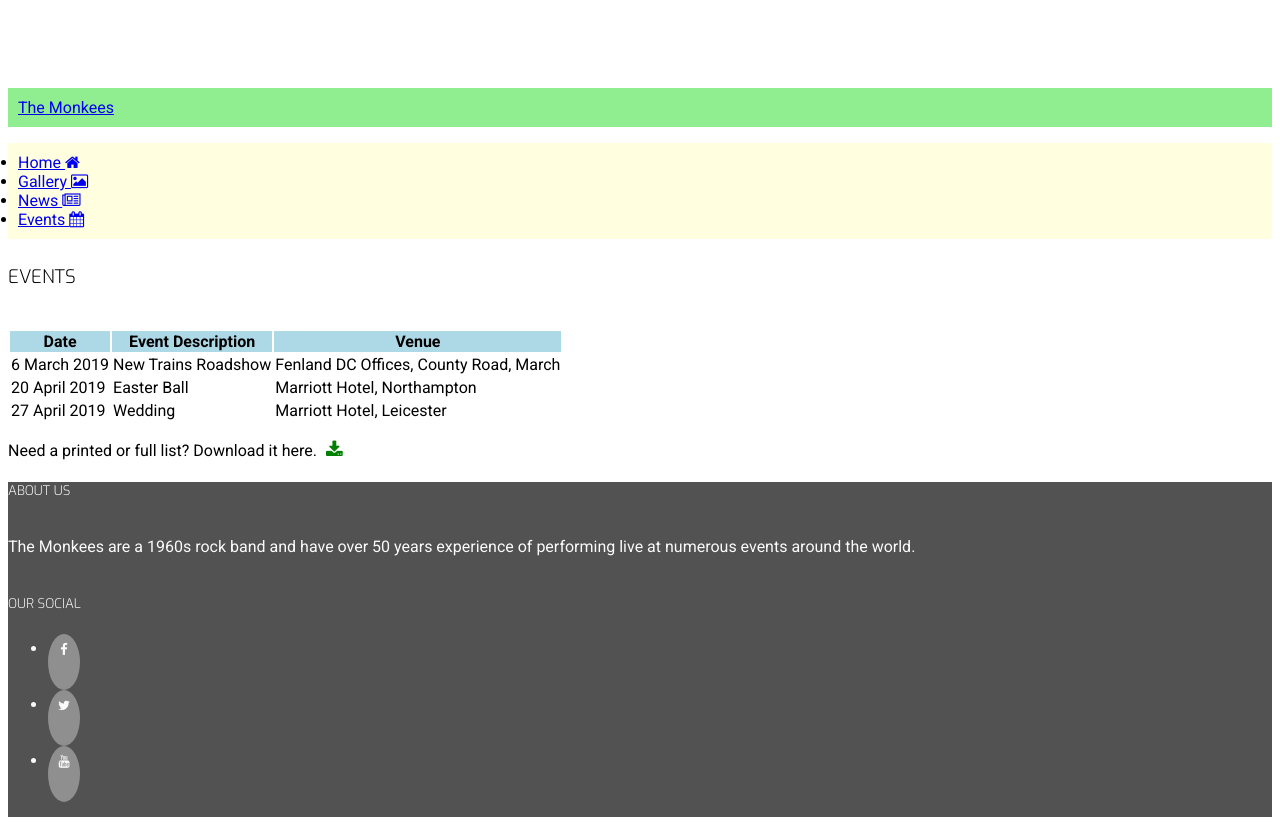
Repository: Code-Institute-Submissions/ucd-band
Page: events.html
The author's editor kept a record of every edit. The page is drawn from the files as they stood at one moment, then again after the next edit.
The browser window is 1280 px wide. The pictures show the whole page.

Above is the page before.

### events.html
<!DOCTYPE html>
<html>
    <head>
    <meta name="viewport" content="width=device-width, initial-scale=1">
    <!-- Display Title in the Browser Window -->
    <title>The Monkees - Events Page</title>
    <!-- Load Style Sheets -->
    <link rel="stylesheet" href="https://maxcdn.bootstrapcdn.com/bootstrap/3.3.7/css/bootstrap.min.css" type="text.css" />
    <link rel="stylesheet" href="https://maxcdn.bootstrapcdn.com/font-awesome/4.7.0/css/font-awesome.min.css" type="text/css" />
    <link rel="stylesheet" href="assets/css/style.css" type="text/css" />

</head>
<body>
  <!-- Set Up Navigation -->
  <nav class="navbar navbar-default">
        <div class="container-fluid">
            <!-- Logo -->
            <div class="navbar-header">
                <a href="index.html" class="navbar-brand" title="The Monkees">The Monkees</a>
            </div>

            <!-- navbar with icons -->
            <ul class="nav navbar-nav list-inline">
                <li><a href="index.html">Home <i class="fa fa-home" aria-hidden="true"></i></a></li>
                <li><a href="gallery.html">Gallery <i class="fa fa-picture-o" aria-hidden="true"></i></a></li>
                <li><a href="news.html">News <i class="fa fa-newspaper-o" aria-hidden="true"></i></a></li>
                <li class="active"><a href="events.html">Events <i class="fa fa-calendar" aria-hidden="true"></i></a></li>
            </ul>
        </div>
 </nav>

    <section>
            <h3 class="section-heading uppercase">Events</h3>


                    <!-- Use of Bootstrap for Responsive Table -->

                    <div class="table-responsive">
                        <table class="table">

                            <tr>
                                <th>Date</th>
                                <th>Event Description</th>
                                <th>Venue</th>
                            </tr>


                            <tr>
                                <td>6 March 2019</td>
                                <td>New Trains Roadshow</td>
                                <td>Fenland DC Offices, County Road, March</td>
                            </tr>
                            <tr>
                                <td>20 April 2019</td>
                                <td>Easter Ball</td>
                                <td>Marriott Hotel, Northampton</td>
                            </tr>
                            <tr>
                                <td>27 April 2019</td>
                                <td>Wedding</td>
                                <td>Marriott Hotel, Leicester</td>
                            </tr>

                    </table>
                    </div>

        </section>

        <section class="mgn-col">

        <p>Need a printed or full list?  Download it here.

        <a href="assets/events/event-schedule.pdf" target="_blank" title="Event Schedule" class="events-pdf">

        <i class="fa fa-download" aria-hidden="true"></i></a></p>

        </section>
        </section>

    <!-- Provide footer details -->
    <footer class="container-fluid">
        <div class="row">
            <!-- Provide Information about The Monkees -->
            <div class="col-xs-12 col-sm-4 mt-2">
                <h5 class="uppercase general-sub">About Us</h5>
                <p class="inline-block">
                    The Monkees are a 1960s rock band and have over 50 years experience
                    of performing live at numerous events around the world.
                </p>
            </div>

            <!-- Provide Social Links (e.g. YouTube) -->
            <div class="col-xs-12 col-sm-8 mt-2">
                <h5 class="uppercase general-sub">Our Social</h5>
                <ul class="list-inline social-links">
                    <li class="list-inline-item"><a target="_blank" href="https://www.facebook.com/TheMonkees" title="Facebook"><i class="fa fa-facebook"></i></a></li>
                    <li class="list-inline-item"><a target="_blank" href="https://twitter.com/monkeesofficial" title="Twitter"><i class="fa fa-twitter"></i></a></li>
                    <li class="list-inline-item"><a target="_blank" href="https://www.youtube.com/user/themonkees" title="YouTube"><i class="fa fa-youtube"></i></a></li>
                </ul>

            </div>
        </div>
    </footer>
</body>
</html>

### assets/css/style.css
/* Import Font */


@import url('https://fonts.googleapis.com/css?family=Roboto:100,200,300,400,500,600,700|Exo:100,200,300,400,500,600,700');

/* Body */

body {

    font-family: "Roboto", Arial, Verdana, sans-serif;
    padding-top: 80px;

}

/* Navbar Styles */

.navbar-header {

    background-color: lightgreen;

    padding: 10px;

}


.navbar-nav {

    background-color: lightyellow;

    padding: 10px;

}


/* Special Padding/Margins/Text */

h1, h2, h3, h4 {
    margin: 0;
}

.uppercase {
    text-transform: uppercase;
}

.general-sub {
    font-family: "Exo", Arial, Verdana, sans-serif;
    font-weight: 300;
    color: #fafafa;
}

.inline-block {
    display: inline-block;
}

.row-table {
    display: table;
}

.section-heading {
    font-family: "Exo", Arial, Verdana, sans-serif;
    font-weight: 300;
    margin-top: 25px;
    margin-bottom: 40px;
}

/* Download PDF Styles */

.events-pdf {
    color: green;
    text-align: center;
    font-size: 18px;
    padding-left: 5px;
}

.events-pdf i:hover {
    color: purple;
    transition: all 0.35s ease-in-out;
    -moz-transition: all 0.35s ease-in-out;
    -webkit-transition: all 0.35s ease-in-out;
    -o-transition: all 0.35s ease-in-out;
}


/* Footer */

footer {
    background-color: #525252;
    color: #fafafa;
    min-height: 120px;
    margin: 0;
}



.social-links {
    padding-bottom: 15px;
}

.social-links li a i {
    width: 32px;
    height: 32px;
    padding: 12px 0px;
    border-radius: 50%;
    font-size: 13px;
    line-height: 7px;
    text-align: center;
    color: #fafafa;
    background: #8f8f8f;
    transition: all 0.35s ease-in-out;
    -moz-transition: all 0.35s ease-in-out;
    -webkit-transition: all 0.35s ease-in-out;
    -o-transition: all 0.35s ease-in-out;

}

.social-links li a i:hover {
    background: #e84610;

}

#footer-details {
    margin: 20px;
}



/* Welcome */

.welcome-item {
    margin-bottom: 20px;
    display: block;
    clear: both;
    padding: 8px;
}

.contents-item {
    font-family: "Roboto", Arial, Verdana, sans-serif;
    font-weight: 400;
}

/* News */

.news-item {
    margin-bottom: 20px;
    display: block;
    clear: both;
    padding: 6px;
}

.news-description {
    font-family: "Roboto", Arial, Verdana, sans-serif;
    font-weight: 400;
}

/* Audio */
.audio-description {
    font-family: "Roboto", Arial, Verdana, sans-serif;
    font-weight: 400;
}




/* Table Styles */

th {
    background-color: lightblue;
}


/* Gallery */
div .desc {
    padding: 15px;
    text-align: center;
}

div .gallery {
    border: 1px solid #676767;
}

div .gallery:hover {
    border: 1px solid #e84610;
}

div .gallery img {
    height: auto;
    width: 100%;
}

hr {
    border: 1px solid black;
}

img {
    display: block;
    margin: auto;
}

.responsive {
    padding: 4px 10px;
    float: left;
    width: 20%;
}

.img-clearfix:after {
    content: "";
    display: table;
    clear: both;
}

/* Media Queries */

@media only screen and (min-width: 501px) and (max-width: 700px) {
    .responsive {
        width: 50%;
        margin: 6px 0px;
    }
}

@media only screen and (max-width: 500px) {
    .responsive {
        width: 100%;
    }
}

After the next edit:
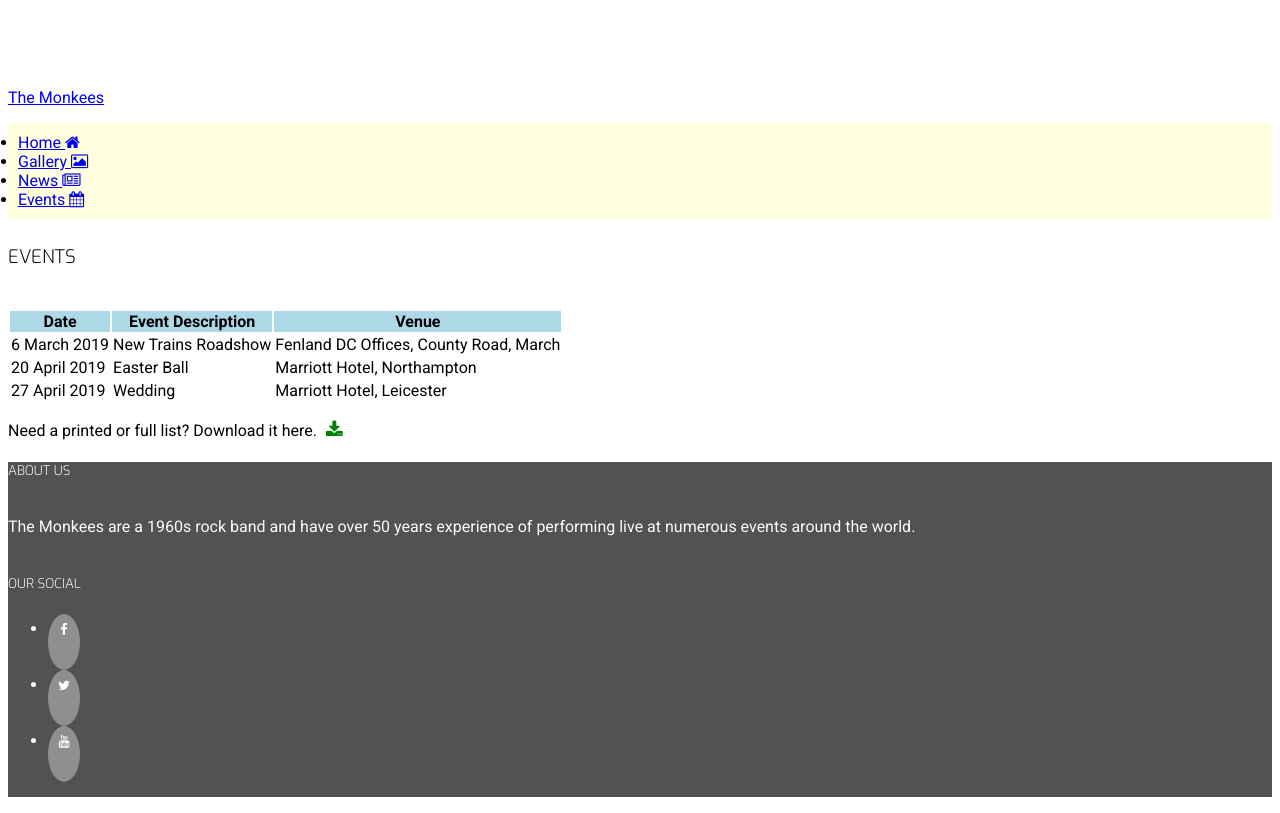
The edit:
--- a/assets/css/style.css
+++ b/assets/css/style.css
@@ -13,15 +13,6 @@
 }
 
 /* Navbar Styles */
-
-.navbar-header {
-
-    background-color: lightgreen;
-
-    padding: 10px;
-
-}
-
 
 .navbar-nav {
 
